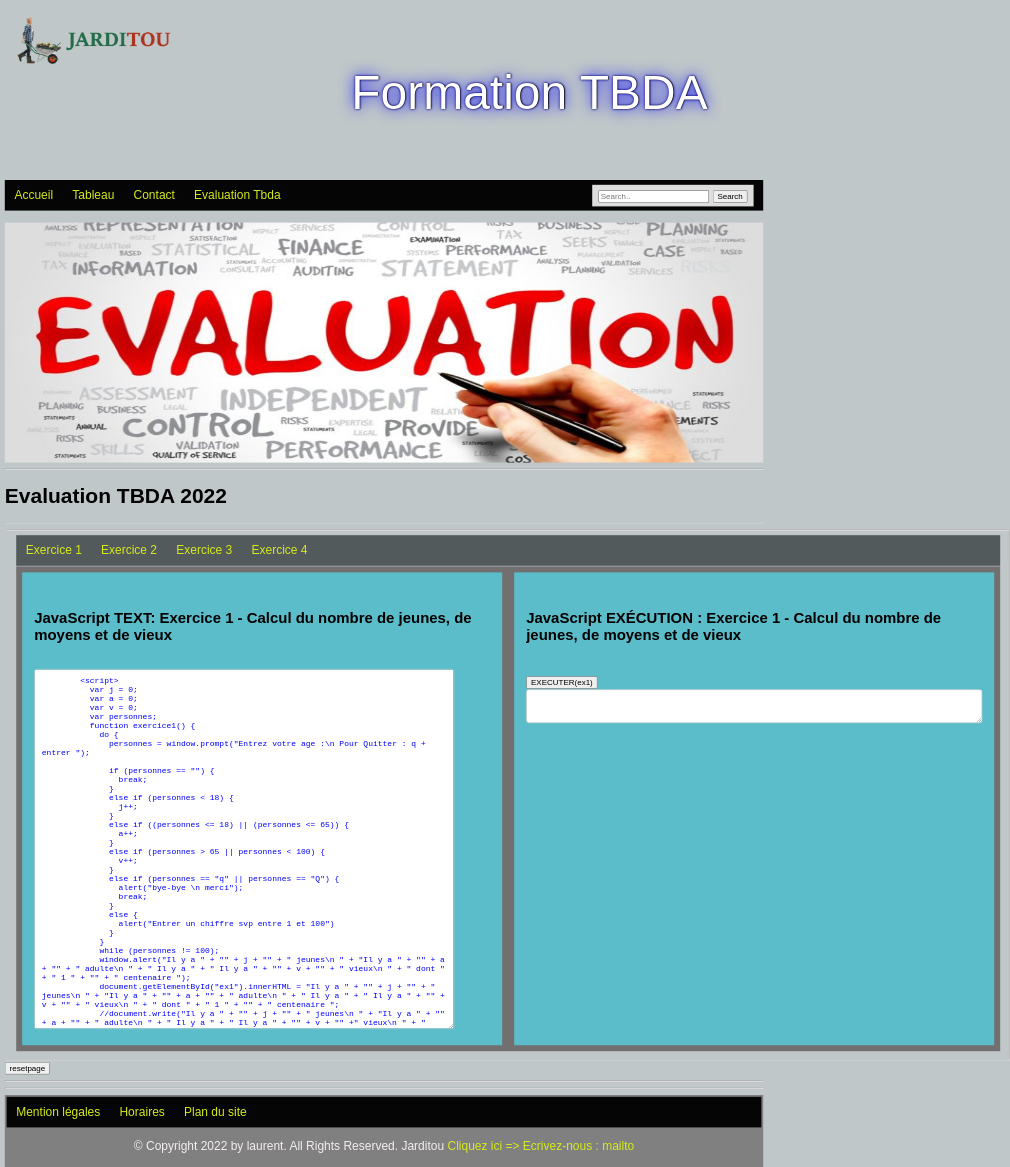
Repository: laurentbul/jarditou
Page: javascript/EvaluationTbda/eval_ex1.html
These files come from the project's save history. The page is drawn as it stood at one moment and after the next save; the edit follows.
The browser window is 1280 px wide. The page is 1684 px wide, so the pictures cover 1684 px, including what lies to the right of the window. The pictures show the whole page, at 60% of full size.
An inner scrolling area shows only its first screen.

Above is the page before, as saved 2022-12-15 04:37:02.

### javascript/EvaluationTbda/eval_ex1.html
<!DOCTYPE html>
<html lang="fr">

<head>
  <meta charset="UTF-8">
  <meta http-equiv="X-UA-Compatible" content="IE=edge">
  <meta name="viewport" content="width=device-width, initial-scale=1.0">
  <title>cours exercices HTML</title>
  <link rel="stylesheet" href="../assets/css/style.css" />

  <style>
    .flex-container2 {
      display: flex;
      background-color: rgb(114, 111, 113);
       justify-content: center;
    }

    .flex-container2>div {
      background-color: #5cbdca;
      margin: 10px;
      padding: 20px;
      font-size: 30px;
      width: 800px;
    }
  </style>
</head>

<body>
  <div class="flex-container">
    <div class="logo"><img src="../assets/img/jarditou_logo.png" alt="jarditou logo" title="jarditou logo"
        height="80" />
    </div>
    <div>
      <p class="slogan">Formation TBDA </p>
    </div>
  </div>
  <nav>
    <ul>
      <li><a href="../index.html">Accueil</a></li>
      <li><a href="../table.html">Tableau</a></li>
      <li><a href="../contact.html">Contact</a></li>
      <li><a href="../EvaluationTbda/evaluation_tbda.html">Evaluation Tbda</a></li>
      <li class="search-container">
        <div>
          <form action="/action_page.php">
            <input type="text" class="searchinput" placeholder="Search.." name="search" />
            <button type="submit">Search</button>
          </form>
        </div>
      </li>
    </ul>
  </nav>

  <img src="../assets/img/evaluation2.jpg" width="500" height="400" alt="qu'est ce que html" class="imgpromotion"
    title="promotion jarditou" />
  <hr />
  <h1>Evaluation TBDA 2022</h1>
  <hr>
  <fieldset>
    <nav style="padding:1px 0; font-size:20px;">
      <ul style="background-color: #525a5b;">
        <li><a href="eval_ex1.html">Exercice 1 </a></li>
        <li><a href="eval_ex2.html">Exercice 2 </a></li>
        <li><a href="eval_ex3.html">Exercice 3</a></li>
        <li><a href="eval_ex4.html">Exercice 4</a></li>
        </li>
      </ul>
    </nav>
    <div class="flex-container2">
      <div id="code">
        <h5>JavaScript TEXT: Exercice 1 - Calcul du nombre de jeunes, de moyens et de vieux</h5>
        <textarea style="height: 600px;width: 700px; color: blue;">
        <script>
          var j = 0;
          var a = 0;
          var v = 0;
          var personnes;
          function exercice1() {
            do {
              personnes = window.prompt("Entrez votre age :\n Pour Quitter : q + entrer ");

              if (personnes == "") {
                break;
              }
              else if (personnes < 18) {
                j++;
              }
              else if ((personnes <= 18) || (personnes <= 65)) {
                a++;
              }
              else if (personnes > 65 || personnes < 100) {
                v++;
              }
              else if (personnes == "q" || personnes == "Q") {
                alert("bye-bye \n merci");
                break;
              }
              else {
                alert("Entrer un chiffre svp entre 1 et 100")
              }
            }
            while (personnes != 100);
            window.alert("Il y a " + "" + j + "" + " jeunes\n " + "Il y a " + "" + a + "" + " adulte\n " + " Il y a " + " Il y a " + "" + v + "" + " vieux\n " + " dont " + " 1 " + "" + " centenaire ");
            document.getElementById("ex1").innerHTML = "Il y a " + "" + j + "" + " jeunes\n " + "Il y a " + "" + a + "" + " adulte\n " + " Il y a " + " Il y a " + "" + v + "" + " vieux\n " + " dont " + " 1 " + "" + " centenaire ";
            //document.write("Il y a " + "" + j + "" + " jeunes\n " + "Il y a " + "" + a + "" + " adulte\n " + " Il y a " + " Il y a " + "" + v + "" +" vieux\n " + " dont "+ " 1 " + "" + " centenaire ");
          }
          function myFunction() {
            location.reload();
          }
          function reset() {
            document.getElementById("myForm").reset();
          }
        </script>
    </textarea>
      </div>
      <div >
        <h5>JavaScript EXÉCUTION : Exercice 1 - Calcul du nombre de jeunes, de moyens et de vieux</h5>
        <div><input type="button" onclick="exercice1()" value="EXECUTER(ex1)">
        <textarea id="ex1"></textarea>
        </div>

  </fieldset>


  <input type="button" onclick="myFunction()" value="resetpage"></div>
  </div>
  <hr>
  <script>
    var j = 0;
    var a = 0;
    var v = 0;
    var personnes;
    function exercice1() {
      do {
        personnes = window.prompt("Entrez votre age :\n Pour Quitter : q + entrer ");

        if (personnes == "") {
          break;
        }
        else if (personnes < 18) {
          j++;
        }
        else if ((personnes <= 18) || (personnes <= 65)) {
          a++;
        }
        else if (personnes > 65 || personnes < 100) {
          v++;
        }
        else if (personnes == "q" || personnes == "Q") {
          alert("bye-bye \n merci");
          break;
        }
        else {
          alert("Entrer un chiffre svp entre 1 et 100")
        }
      }
      while (personnes != 100);
      window.alert("Il y a " + "" + j + "" + " jeunes\n " + "Il y a " + "" + a + "" + " adulte\n " + " Il y a " + " Il y a " + "" + v + "" + " vieux\n " + " dont " + " 1 " + "" + " centenaire ");
      document.getElementById("ex1").innerHTML = "Il y a " + "" + j + "" + " jeunes\n " + "Il y a " + "" + a + "" + " adulte\n " + " Il y a " + " Il y a " + "" + v + "" + " vieux\n " + " dont " + " 1 " + "" + " centenaire ";
      //document.write("Il y a " + "" + j + "" + " jeunes\n " + "Il y a " + "" + a + "" + " adulte\n " + " Il y a " + " Il y a " + "" + v + "" +" vieux\n " + " dont "+ " 1 " + "" + " centenaire ");
    }
    function myFunction() {
      location.reload();
    }
    function reset() {
      document.getElementById("myForm").reset();
    }
  </script>

  <hr>
  <footer>
    <nav>
      <ul>
        <li><a href="mentionlegale.html">Mention légales</a></li>
        <li><a href="horaire.html">Horaires</a></li>
        <li><a href="plandusite.html">Plan du site</a></li>
      </ul>
    </nav>
    <p style="color: rgb(244, 238, 238);">
      &copy; Copyright 2022 by laurent. All Rights Reserved. Jarditou
      <a href="mailto:dave.loper@afpa.fr" title="Nous contacter">
        Cliquez ici => Ecrivez-nous : mailto
      </a>
    </p>
  </footer>
</body>

</html>

### javascript/assets/css/style.css
body {
  font-family: Arial, Helvetica, sans-serif;
  padding: 0px;
  background-color: rgb(192, 199, 201);
  font-size: 20px;
  height: 1500px;
}
h1{font-size: 35px;
}
h2{font-size: 20px;
}
.flex-container {
  display: flex;
}

.flex-container>div {
  padding: 20px;
}

.jarditou_logo {
  height: 80px;
}

.slogan {
  color: white;
  text-shadow: 1px 1px 2px black, 0 0 25px blue, 0 0 5px darkblue;
  font-size: 40px;
  margin-left: 250px;
  font-size: 80px;
}

ul {
  list-style-type: none;
  margin: 0;
  padding: 0;
  overflow: hidden;
  background-color: rgb(5, 5, 5);
}

li {
  float: left;
}

li a {
  display: block;
  color: white;
  text-align: center;
  padding: 14px 16px;
  text-decoration: none;
}

li a:hover:not(.active) {
  background-color: rgb(240, 10, 10);
}

.active {
  background-color: #4caf50;
}

a:link {
  color: rgb(214, 235, 28);
  background-color: transparent;
  text-decoration: none;
}

ul.a {

  background-color: rgb(179, 167, 167);

  color:rgb(42, 226, 211);

}


aside {
  width: 30%;
  height: 25%px;
  padding-left: 15px;
  float: right;
  font-style: italic;
  background-color: lightgray;
  margin-right: 60px;
  /*display:none */ /*===========correction =======================*/
}



.imgpromotion {
  display: block;
  margin-top: 20px;
  margin-left: auto;
  margin-right: auto;
  width: 100%;
}


footer {
  text-align: center;
  padding: 3px;
  background-color: gray;
  color: white;
}


.search-container {
  float: right;
  padding: 6px 10px;
  margin-top: 8px;
  margin-right: 16px;
  background: #ddd;
  font-size: 20px;
  border: none;
  cursor: pointer;
}


* {
  box-sizing: border-box;
}

input[type=text]:not(.searchinput),
select,
textarea {
  width: 100%;
  padding: 12px;
  border: 1px solid #ccc;
  border-radius: 4px;
  resize: vertical;
}



input[type=submit] {
  display: block;
  margin: 0px;
  width: 100%;
  padding: 12px;
  background-color: rgb(211, 211, 212);
}


input[type=submit]:hover {
  background-color: #d6c82f;
}

.container {
  border-radius: 5px;
  background-color: #af1818;
  padding: 20px;
}

#pays {
  font-size: 20px;
}

#birthday {
  font-size: 20px;
}

table {
  margin-bottom: 50px;
  margin-left: 100px;
}


th,
td {
  border: 1px solid black;
  border-collapse: collapse;
  margin-left: 100px;
  margin-bottom: 10px;
  background-color: #3f3324;
}

th {
  background-color: gray;
}

tr {
  color: azure;
}

table {
  width: 50%;
}

.btncontact {
  height: 45px;
  width: 200px;
  background-color: hsl(127, 4%, 46%);
  font-size: 20px;
  margin-left: 100px;
}

.btncontact:hover {
  background-color: #6ab0d8;
  color: white;
}

/* Responsive layout - when the screen is less than 768px wide, make the two columns stack on top of each other instead of next to each other */
@media screen and (max-width: 768px) {

  body {

    background-color: lavender;
    font-size: 14px;
  }


  .flex-container {
    display: flex;
  }

  .flex-container>div {
    padding: 0px;

  }

  .jarditou_logo {
    height: 80px;
  }

  .slogan {
    color: white;
    text-shadow: 1px 1px 2px black, 0 0 25px blue, 0 0 5px darkblue;
    margin-left: 0px;
    font-size: 40px;
  }

  ul {
    list-style-type: none;
    background-color: #367791;
    width: 768px;
  }

  li {
    background-color: rgb(10, 10, 10);
    display: flex;
    justify-content: center;
    width: 768px;
  }

  li a:hover:not(.active) {
    background-color: rgb(240, 10, 10);
  }

  aside{
    visibility: hidden;
}


}

.error{
  color: rgb(197, 22, 22);
}

After the next save:
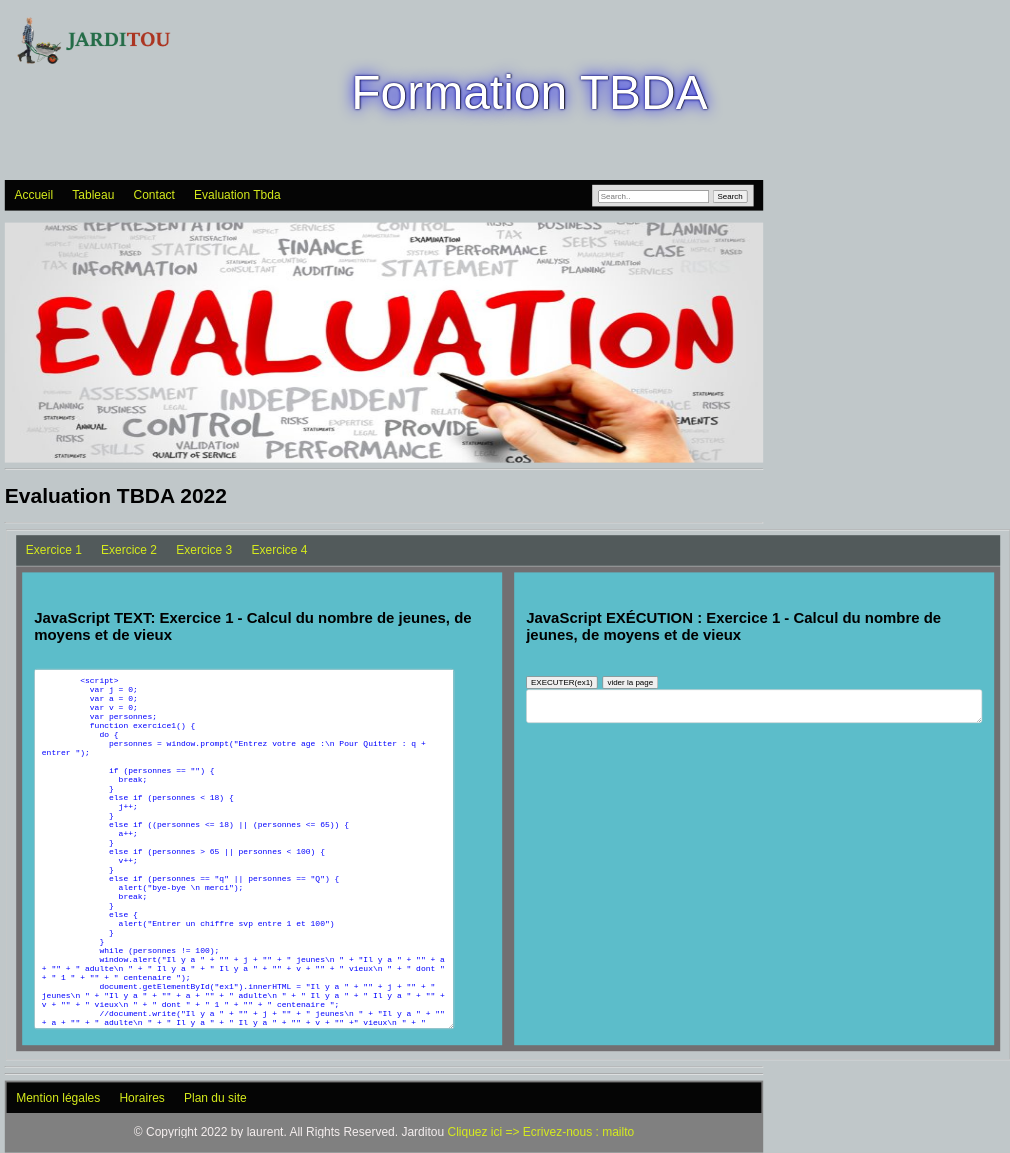
Saved 82 s later.
--- a/javascript/EvaluationTbda/eval_ex1.html
+++ b/javascript/EvaluationTbda/eval_ex1.html
@@ -116,13 +116,12 @@
       <div >
         <h5>JavaScript EXÉCUTION : Exercice 1 - Calcul du nombre de jeunes, de moyens et de vieux</h5>
         <div><input type="button" onclick="exercice1()" value="EXECUTER(ex1)">
+          <input type="button" onclick="myFunction()" value="vider la page"></div>
         <textarea id="ex1"></textarea>
         </div>
 
   </fieldset>
 
-
-  <input type="button" onclick="myFunction()" value="resetpage"></div>
   </div>
   <hr>
   <script>
